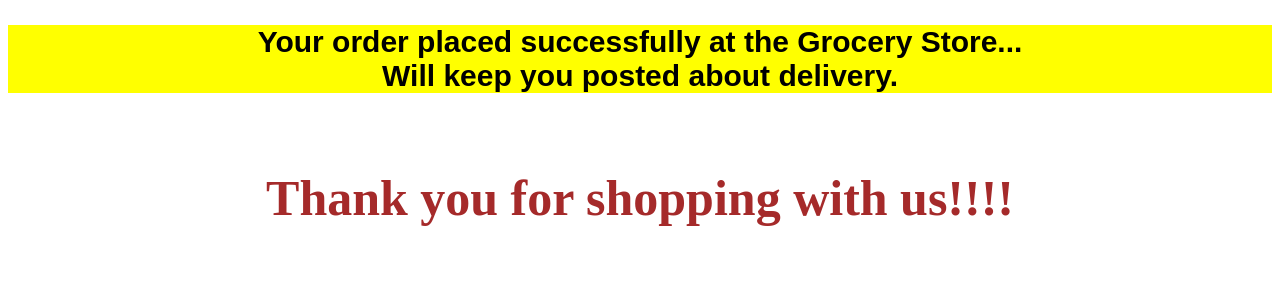
Repository: pournimapatil27/GroceryStoreMicroservice
Page: StoreLogin/src/main/resources/static/store.html
These files come from the project's save history. The page is drawn as it stood at one moment and after the next save; the edit follows.
The browser window is 1280 px wide. The pictures show the whole page.

Above is the page before, as saved 2021-12-03 09:09:53.

After the next save:
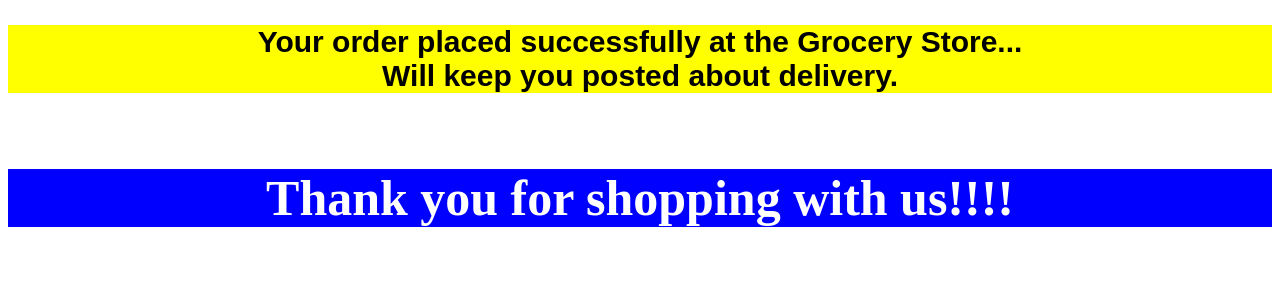
Saved 27 s later.
--- a/StoreLogin/src/main/resources/static/store.html
+++ b/StoreLogin/src/main/resources/static/store.html
@@ -9,6 +9,6 @@
    <h:body>
       <h2 style="background-color:yellow;font-family:'Arial';font-size:30px;text-align: center">Your order placed successfully at the Grocery Store...<br>Will keep you posted about delivery.<br></h2>
  <br>
-  <h1 style="color:brown;background-color:light-Green;font-family:'Jockerman';font-size:50px;text-align: center">Thank you for shopping with us!!!!</h1>
+  <h1 style="color:white;background-color:blue;font-family:'Jockerman';font-size:50px;text-align: center">Thank you for shopping with us!!!!</h1>
    </h:body>
 </html>
